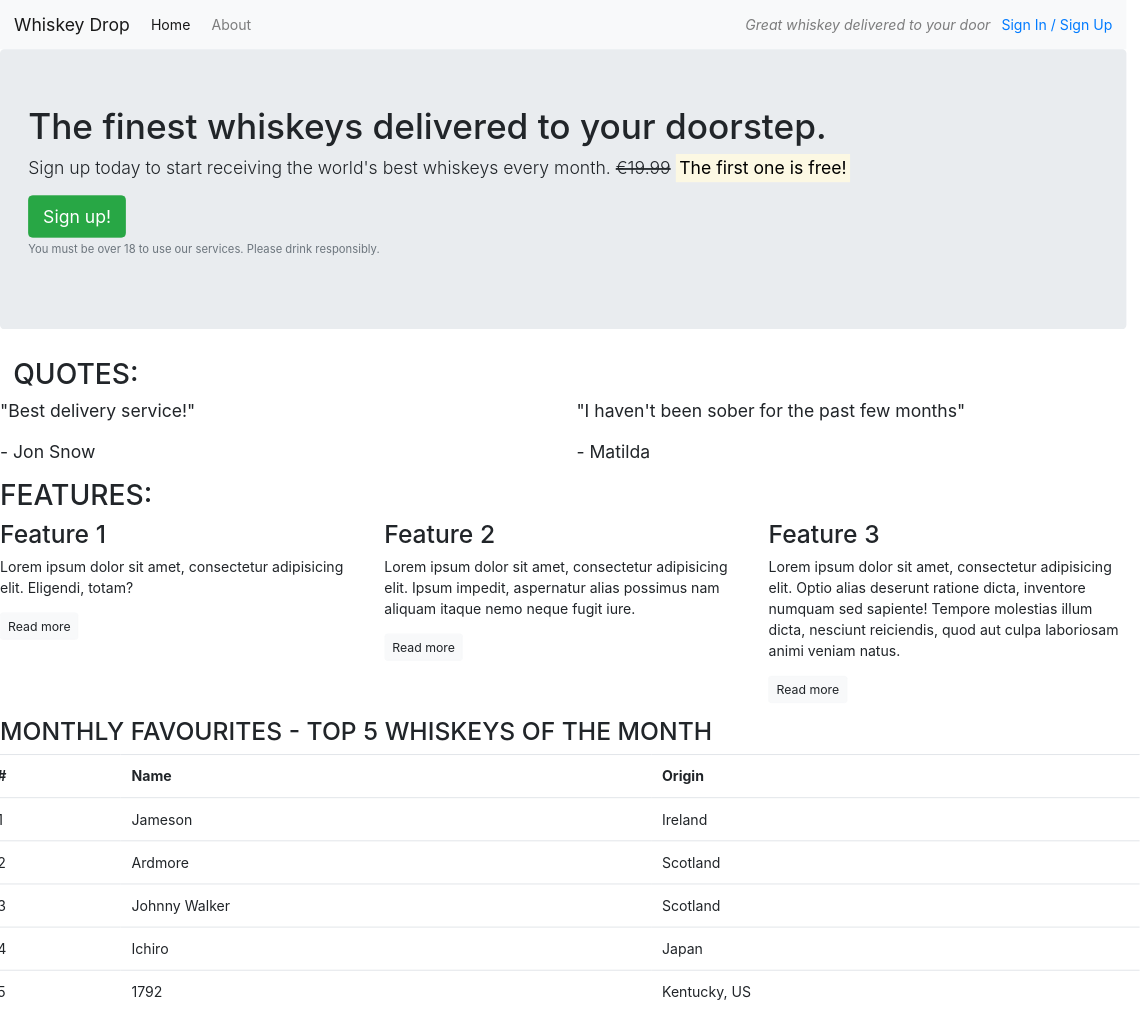
Repository: mkuti/Whiskey_website_using_Bootstrap
Page: index.html
The author's editor kept a record of every edit. The page is drawn from the files as they stood at one moment, then again after the next edit.
The browser window is 1280 px wide. The page is 1295 px wide, so the pictures cover 1295 px, including what lies to the right of the window. The pictures show the whole page, at 88% of full size.

Above is the page before.

After the next edit:
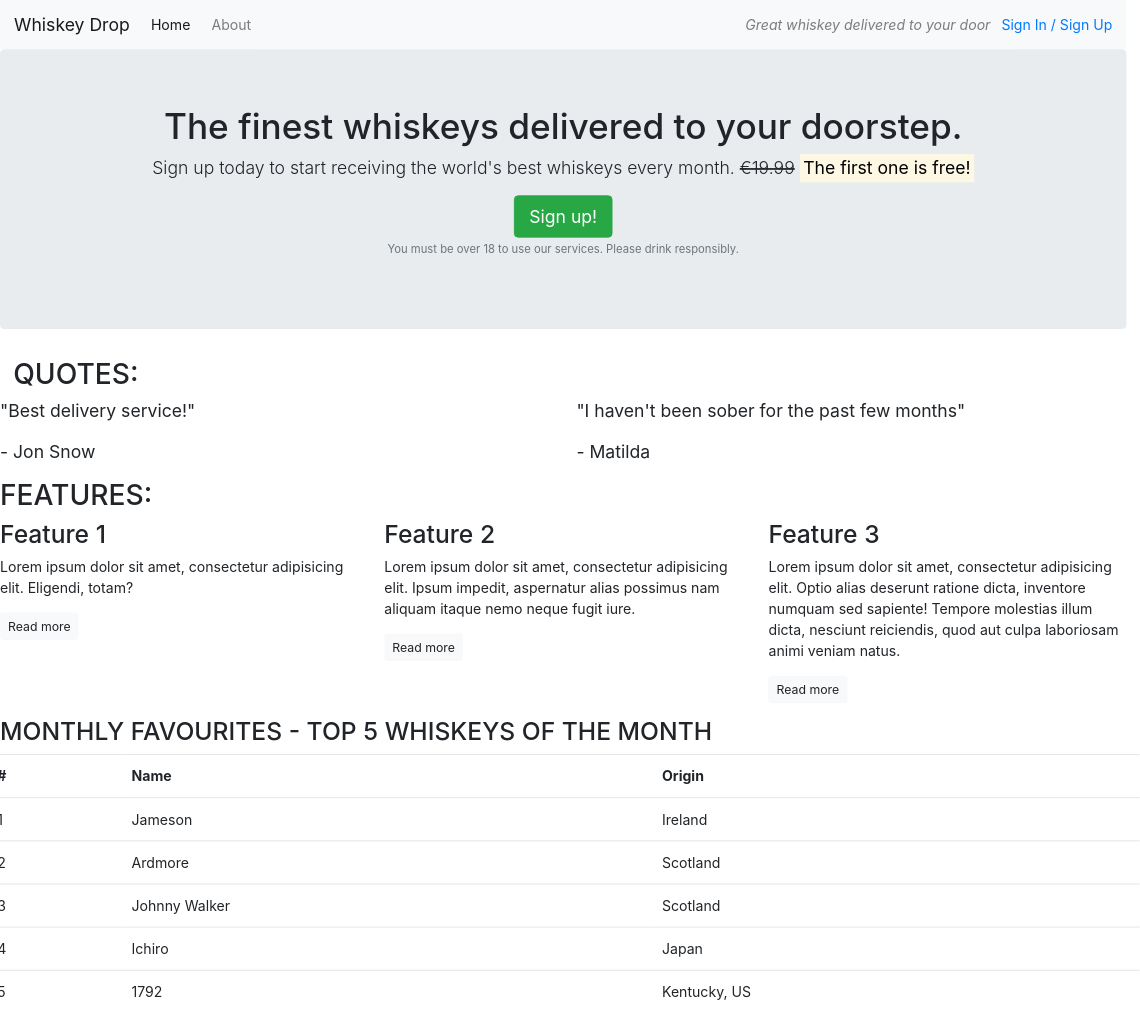
The edit:
--- a/index.html
+++ b/index.html
@@ -31,7 +31,7 @@
         <!-- call out section -->
         <div class="row">
             <div class="col-12">
-                <section class="callout jumbotron">
+                <section class="callout jumbotron text-center">
                     <h1>The finest whiskeys delivered to your doorstep.</h1>
                     <p class="lead">Sign up today to start receiving the world's best whiskeys every month. <s class="d-none d-sm-inline">€19.99</s>
                     <span class="d-inline d-sm-none"><br></span>
